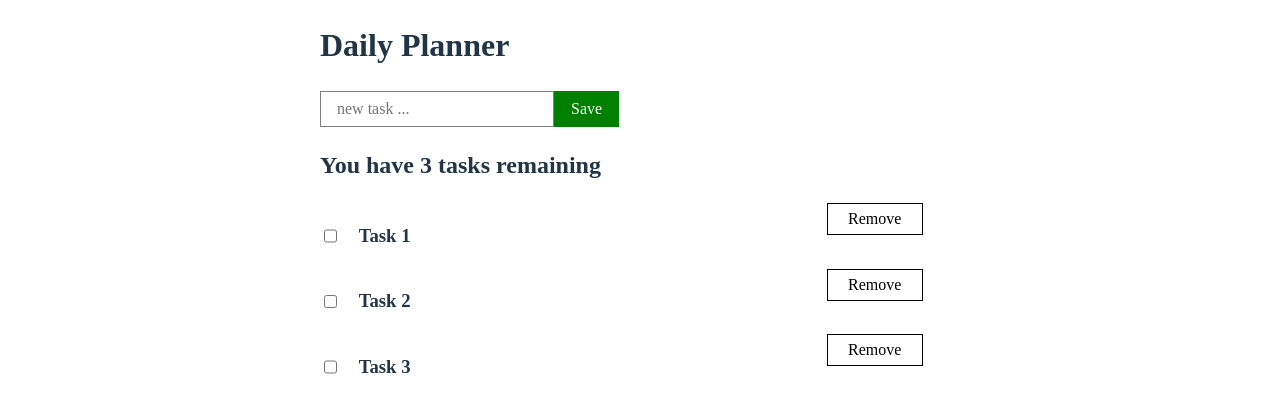
Repository: SamanthaYan298/my_planner
Page: /
An editor plug-in stored every save of this project. The page is shown before and after the next save, followed by the edit.
The browser window is 1280 px wide. The pictures show the whole page.
The project was rebuilt for these pictures with package versions that can differ from the ones it lists, and the page was loaded fresh each time. Also part of the build but not shown: vite.config.js.

Above is the page before, as saved 2024-10-08 00:51:51.

### src/App.jsx
import { useState } from 'react'
import './App.css'

const data = [
  {
    id: 1,
    title: 'Task 1',
    checked: false
  },
  {
    id: 2,
    title: 'Task 2',
    checked: false
  },
  {
    id: 3,
    title: 'Task 3',
    checked: false
  }
]

function App() {

  const [tasks, setTasks] = useState(""); // hold the current list of tasks and update the tasks.
  const [addTask, setAddTask] = useState(data);
  const currentTasks = addTask.filter(task => !task.checked).length;

  function handleChange(e) {
    setTasks(e.target.value);
  }

  function handleAddTask(e) {
    e.preventDefault();
    // helps ensure that users only add text-format tasks, not whitespace.
    if(tasks.trim()) {
      setAddTask([...addTask, {id: addTask.length + 1, title: tasks, checked: false}]);
      setTasks(''); // clear the input after adding new tasks.
    }
  }

  function handleDelete(taskId) {
    setAddTask(addTask.filter(task => task.id !== taskId)); // filter tasks by their Ids.
  }

  function toggleChecked(id) {
    setAddTask(addTask.map(task =>
      task.id === id ? {...task, checked: !task.checked} : task
    ));
  }

  return (
    <>
      <div className='main'>
        <h1>Daily Planner</h1>

        <form onSubmit={handleAddTask}>
          <input
            type="text"
            className='form-input'
            placeholder='new task ...'
            value={tasks}
            onChange={handleChange}
          />
          <button className='form-btn'>Save</button>
        </form>

        <h2>You have {currentTasks} tasks remaining</h2>

        <div>
          {addTask.map(task => (
            <div className='task-list' key={task.id}>
              <input
                type="checkbox"
                checked={task.checked}
                onChange={() => toggleChecked(task.id)}
              />
              <h3 className={task.checked ? 'checked' : ''}>{task.title}</h3>
              <button className='task-btn' onClick={() => handleDelete(task.id)}>Remove</button>
          </div>
          ))}
        </div>

      </div>
    </>
  )
}

export default App

### src/index.css
:root {
  font-family: Inter, system-ui, Avenir, Helvetica, Arial, sans-serif;
  line-height: 1.5;
  font-weight: 400;

  color-scheme: light dark;
  color: rgba(255, 255, 255, 0.87);
  background-color: #242424;

  font-synthesis: none;
  text-rendering: optimizeLegibility;
  -webkit-font-smoothing: antialiased;
  -moz-osx-font-smoothing: grayscale;
}

a {
  font-weight: 500;
  color: #646cff;
  text-decoration: inherit;
}
a:hover {
  color: #535bf2;
}

body {
  margin: 0;
  display: flex;
  flex-direction: column;
  align-items: flex-start;
  justify-content: flex-start;
  min-width: 320px;
  min-height: 100vh;
  padding-top: 0;
  text-align: left;
  left: 0;
}


/* h1 {
  font-size: 3.2em;
  line-height: 1.1;
} */

/* button {
  border-radius: 8px;
  border: 1px solid transparent;
  padding: 0.6em 1.2em;
  font-size: 1em;
  font-weight: 500;
  font-family: inherit;
  background-color: #1a1a1a;
  cursor: pointer;
  transition: border-color 0.25s;
}
button:hover {
  border-color: #646cff;
}
button:focus,
button:focus-visible {
  outline: 4px auto -webkit-focus-ring-color;
} */

@media (prefers-color-scheme: light) {
  :root {
    color: #213547;
    background-color: #ffffff;
  }
  a:hover {
    color: #747bff;
  }
  button {
    background-color: #f9f9f9;
  }
}

### src/App.css
#root {
  max-width: 100%;
  margin-left: 20em;
  padding: 0;
  top: 0;
  font-family: "Playfair Display", serif;
}

.main {
  text-align: left;
}

.task-list {
  display: flex;
  flex-direction: row;
}

.form-btn {
  background-color: green;
  border: 1px solid green;
  color: white;
  padding: 0.5em 1em;
  font-family: "Playfair Display", serif;
  font-size: 1em;
}

.task-btn {
  border: 1px solid;
  background-color: white;
  width: 6em;
  height: 2em;
  font-family: "Playfair Display", serif;
  font-size: 1em;
  cursor: pointer;
}

.form-input {
  padding: 0.5em 1em;
  border: 1px solid;
  height: 1.15em;
  font-family: "Playfair Display", serif;
  color: grey;
  font-size: 1em;
}

div h3 {
  margin-left: 1em;
  min-width: 25em;
}

.checked {
  color: grey;
  text-decoration: line-through;
}

Loaded but not shown: index.html (common file); src/main.jsx (common file)

After the next save:
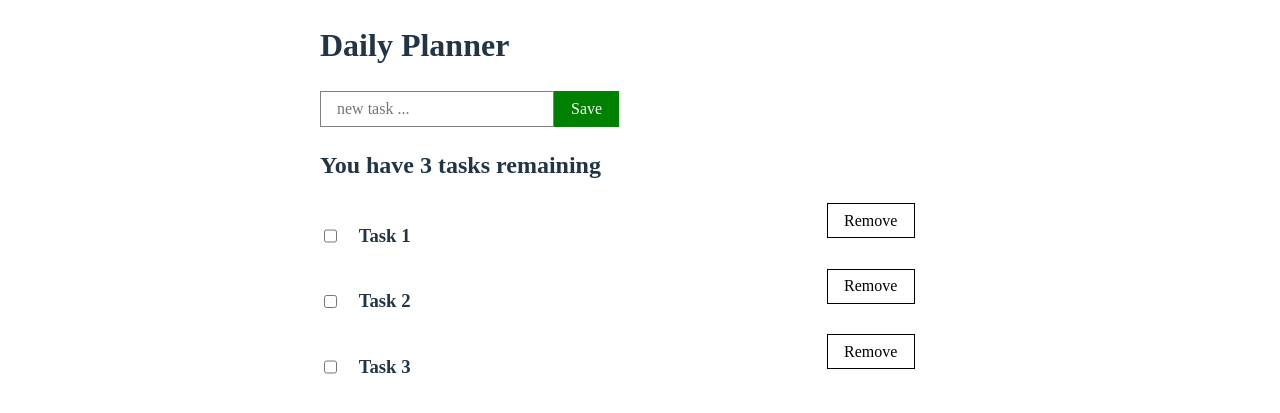
Saved 12 s later.
--- a/src/App.css
+++ b/src/App.css
@@ -27,8 +27,8 @@
 .task-btn {
   border: 1px solid;
   background-color: white;
-  width: 6em;
-  height: 2em;
+  width: 5.5em;
+  height: 2.2em;
   font-family: "Playfair Display", serif;
   font-size: 1em;
   cursor: pointer;
